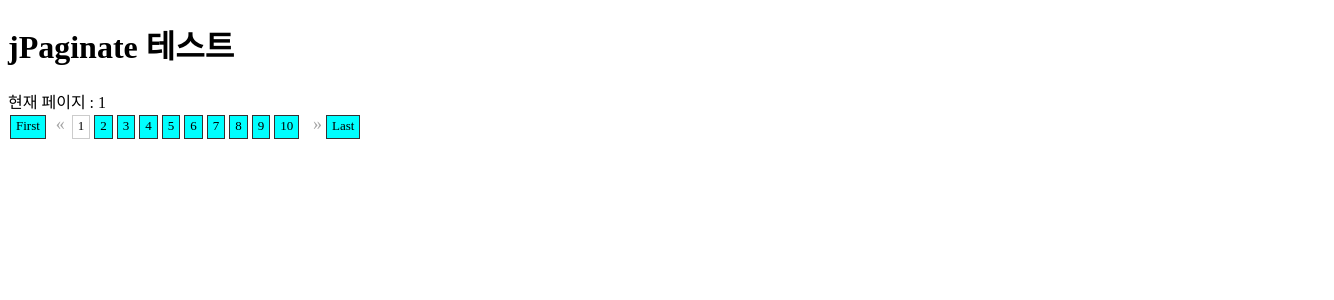
Repository: adminhelper/Ajax
Page: Contact05_ajax/WebContent/_23_jpaginate.html
An editor plug-in stored every save of this project. The page is shown before and after the next save, followed by the edit.
The browser window is 1280 px wide. The page is 1334 px wide, so the pictures cover 1334 px, including what lies to the right of the window. The pictures show the whole page.
Some web libraries are served in a nearby version.

Above is the page before, as saved 2020-05-18 02:54:10.

After the next save:
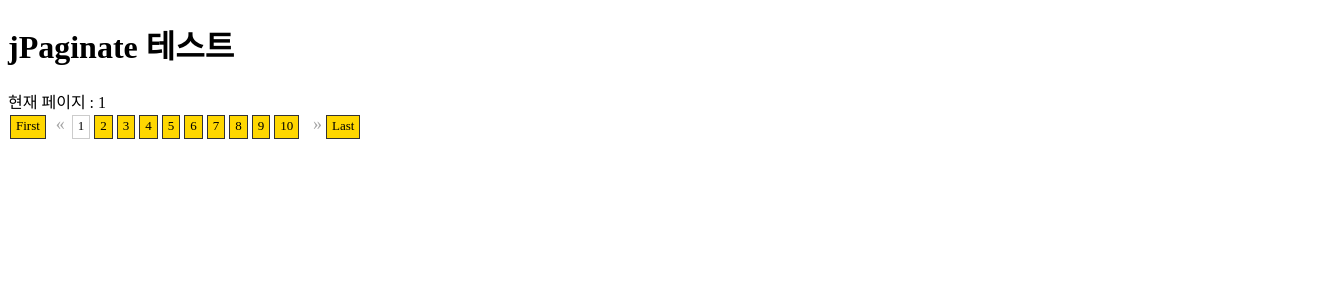
Saved 2 min 53 s later.
--- a/Contact05_ajax/WebContent/_23_jpaginate.html
+++ b/Contact05_ajax/WebContent/_23_jpaginate.html
@@ -16,7 +16,7 @@
 			border : true,
 			border_color : '#333333',
 			text_color : '#000000',
-			background_color : 'aqua',
+			background_color : 'gold',
 			border_hover_color : '#ccc',
 			text_hover_color : '#000',
 			background_hover_color : '#fff',
